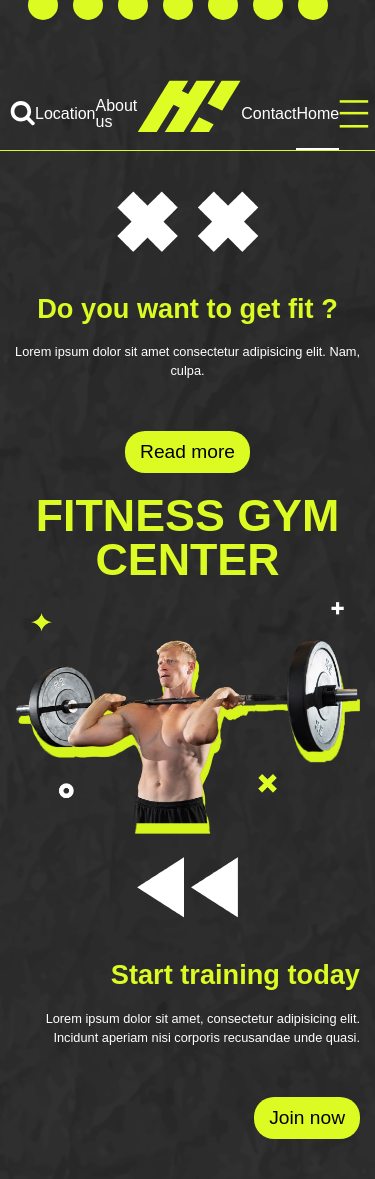
Repository: sem1103/fitness-test
Page: index.html
An editor plug-in stored every save of this project. The page is shown before and after the next save, followed by the edit.
The browser window is 375 px wide. The pictures show the whole page.

Above is the page before, as saved 2023-11-03 19:06:10.

### index.html
<!DOCTYPE html>
<html lang="en">
<head>
    <meta charset="UTF-8">
    <meta name="viewport" content="width=device-width, initial-scale=1.0">
    <title>Fitness</title>
    <link rel="stylesheet" href="style/reset.css"/>
    <link rel="stylesheet" href="style/main.css"/>
</head>
<body>
    <div id="circles">
        <ul>
            <li></li>
            <li></li>
            <li></li>
            <li></li>
            <li></li>
            <li></li>
            <li></li>
        </ul>
    </div>
    <header class="container">
        <div id="search">
            <svg version="1.2" xmlns="http://www.w3.org/2000/svg" viewBox="0 0 25 25" width="25" height="25"><style>.a{fill:#fff}</style><path fill-rule="evenodd" class="a" d="m23 24.2c-0.5 0-1 0-1.4-0.5-4.9-4.9-4.9-4.9-4.9-4.9-1.9 1.2-3.7 1.6-5.8 1.6-5.6 0-10.2-4.4-10.2-10 0-5.8 4.6-10.3 10.2-10.3 5.6 0 10.2 4.5 10.2 10.3 0 1.9-0.7 4-1.9 5.6 4.9 5.1 4.9 5.1 4.9 5.1 0.5 0.3 0.7 0.7 0.7 1.2 0 1.2-0.9 1.9-1.8 1.9zm-12.1-20.3c-3.7 0-6.5 2.8-6.5 6.5 0 3.5 2.8 6.3 6.5 6.3 3.5 0 6.5-2.8 6.5-6.3 0-3.7-3-6.5-6.5-6.5z"/></svg>
        </div>
        <nav>
            <ul>
                <li><a href="">Location</a></li>
                <li><a href="">About us</a></li>
                <li><a href=""><img src="./img/logo.png" alt="Logo"></a></li>
                <li><a href="">Contact</a></li>
                <li class="active"><a href="">Home</a></li>
            </ul>
        </nav>
        <div id="burger__menu">
            <img src="img/burger-icon.png" alt="">
        </div>
    </header>
    <main>

        <div id="intro" class="container">
            <div class="side__section">
                <div class="img">
                    <img src="img/section-one.png" alt="">
                </div>
                <h2>Do you want
                    to get fit ?</h2>
                <p>Lorem ipsum dolor sit amet consectetur adipisicing elit. Nam, culpa.</p>
                <button>Read more</button>
            </div>
            <div class="main__section">
                <h1>FITNESS GYM <br/>
                    CENTER</h1>
                <img src="img/section-two.png" alt="">
            </div>
            <div class="side__section">
                <div class="img">
                    <img src="img/section-three.png" alt="">
                </div>
                <h2>Start training
                    today</h2>
                <p>Lorem ipsum dolor sit amet, consectetur adipisicing elit. Incidunt aperiam nisi corporis recusandae unde quasi.</p>
                <button>Join now</button>
            </div>
        </div>


    </main>
</body>
</html>

### style/reset.css
html, body, div, span, applet, object, iframe,
h1, h2, h3, h4, h5, h6, p, blockquote, pre,
a, abbr, acronym, address, big, cite, code,
del, dfn, em, img, ins, kbd, q, s, samp,
small, strike, strong, sub, sup, tt, var,
b, u, i, center,
dl, dt, dd, ol, ul, li,
fieldset, form, label, legend,
table, caption, tbody, tfoot, thead, tr, th, td,
article, aside, canvas, details, embed,
figure, figcaption, footer, header, hgroup,
menu, nav, output, ruby, section, summary,
time, mark, audio, video {
	margin: 0;
	padding: 0;
	border: 0;
	font-size: 100%;
	font: inherit;
	vertical-align: baseline;
}
/* HTML5 display-role reset for older browsers */
article, aside, details, figcaption, figure,
footer, header, hgroup, menu, nav, section {
	display: block;
}
body {
	line-height: 1;
	font-family: Arial, Helvetica, sans-serif;
}
ol, ul {
	list-style: none;
}
blockquote, q {
	quotes: none;
}
blockquote:before, blockquote:after,
q:before, q:after {
	content: '';
	content: none;
}
table {
	border-collapse: collapse;
	border-spacing: 0;
}
a{
	text-decoration: none;
}

### style/main.css
.container {
    max-width: 1100px;
    margin: auto;
}

body {
    background: url(./../img/background.png) center/cover;
    min-height: 100vh;
}

#circles ul {
    display: flex;
    flex-direction: row;
    width: 100%;
    justify-content: center;
    gap: 15px;
    margin: -10px;
}

#circles li {
    padding: 15px;
    border-radius: 50%;
    background-color: #dbfb23;
}

header {
    padding: 70px 10px 0 10px;
    border-bottom: 1px solid #dbfb23;
}
header > div{
    flex-basis: 5%;
}

header,
nav ul {
    display: flex;
    flex-direction: row;
    justify-content: space-between;
    align-items: center;
}

nav {
    flex-basis: 80%;
}

nav ul {
    align-items: stretch;
}

nav li {
    display: flex;
    align-items: center;
    transition: all .3s ease-in-out;
    border-bottom: 2px solid transparent;
}
nav li:nth-child(3){
    margin: 0 0 15px 0;
    border: 0;
}
nav a {
    color: #fff;
}

nav li:hover {
    color: #dbfb23;
    transition: all .3s ease-in-out;
    border-color: #fff;
}
.active{
    color: #dbfb23;
    transition: all .3s ease-in-out;
    border-color: #fff;
}

#burger__menu{
    text-align: center;
}

h1{
    font-size: 3.8rem;
    font-weight: 900;
    color: #dbfb23;
    text-align: center;
    margin: 0  0 20px 0;
}
h2{
    color: #dbfb23;
    font-size: 1.7rem;
    font-weight: 600;
}
#intro{
    display: flex;
    flex-direction: row;
    padding: 40px 15px;
    gap: 20px;
}
#intro p{
    color: #fff;
    font-size: 1.1rem;
    line-height: 1.5;
    margin: 0 0 50px 0;
}

#intro button{
    border: 0;
    outline: 0;
    padding: 10px 15px;
    background-color: #dbfb23;
    border-radius: 20px;
    font-size: 1.2rem;
    cursor: pointer;
}
.img{
    text-align: center;
    margin: 0 0 40px 0;
}
.main__section img{
    width: 100%;
}
.main__section{
    flex-basis: 50%;
}
.side__section{
    flex-basis: 25%;
}
.side__section h2{
    margin: 20px 0;
}
.side__section:last-of-type{
    text-align: right;
}


@media only screen and (max-width: 950px) {
    h1{
        font-size: 2.8rem;
    }
}
@media only screen and (max-width: 768px) {
    #intro p{
        font-size: .8rem;
    }
}

@media only screen and (max-width: 520px) {
    #intro {
        flex-direction: column;
        text-align: center;
    }
    .side__section{
        text-align: center;
    }
}

After the next save:
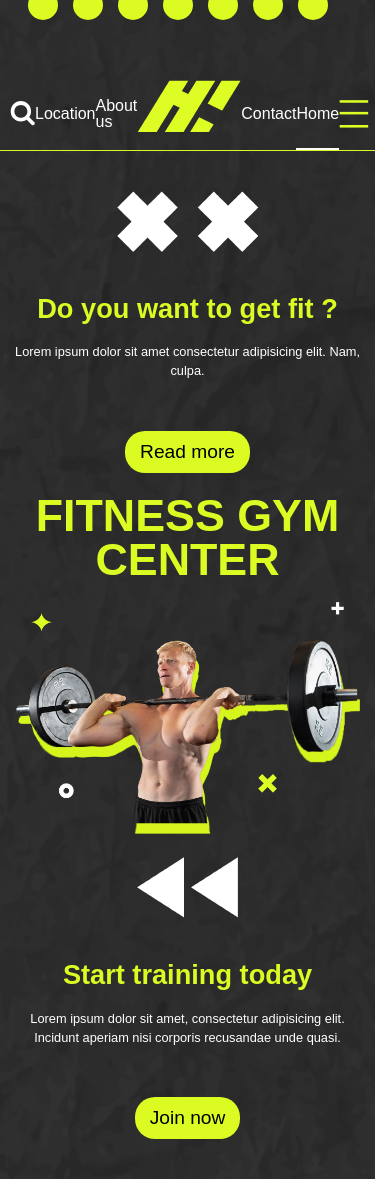
Saved 42 s later.
--- a/style/main.css
+++ b/style/main.css
@@ -143,11 +143,9 @@
 }
 
 @media only screen and (max-width: 520px) {
-    #intro {
+    #intro , .side__section:last-of-type{
         flex-direction: column;
         text-align: center;
     }
-    .side__section{
-        text-align: center;
-    }
+
 }
